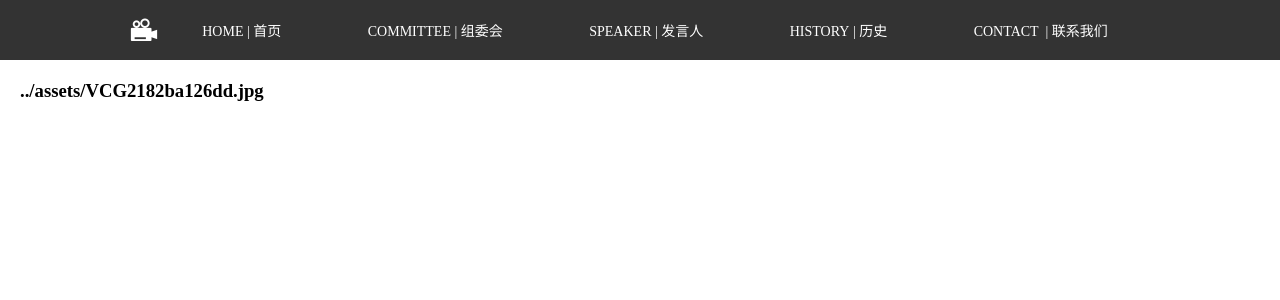
Repository: sunfeinb/huiyi
Page: /
The author's editor kept a copy of each file at every save. The page is drawn from the files as they stood at one save, then again after the next save.
The browser window is 1280 px wide. The pictures show the whole page.
The project was rebuilt for these pictures with package versions that can differ from the ones it lists, and the page was loaded fresh each time.

Above is the page before, as saved 2021-11-02 16:51:29.

After the next save:
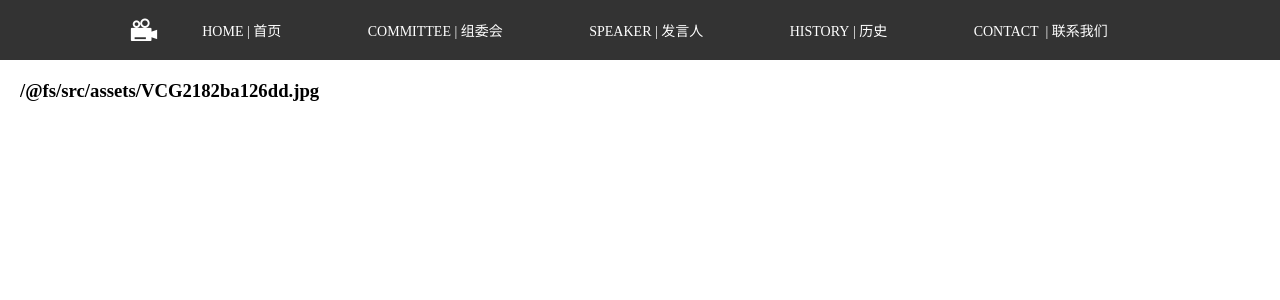
Saved 56 s later.
--- a/src/views/Home.vue
+++ b/src/views/Home.vue
@@ -32,6 +32,8 @@
 
 <script>
 import one from "../assets/VCG211247746810.jpg"
+import tow from "../assets/VCG2182ba126dd.jpg"
+import three from "../assets/VCG41N1124651573.jpg"
 export default {
   props: {},
   data() {
@@ -42,10 +44,10 @@
           name: one
         },
         {
-          name: "../assets/VCG2182ba126dd.jpg"
+          name: tow
         },
         {
-          name: "../assets/VCG41N1124651573.jpg"
+          name: three
         }
       ]
     };
